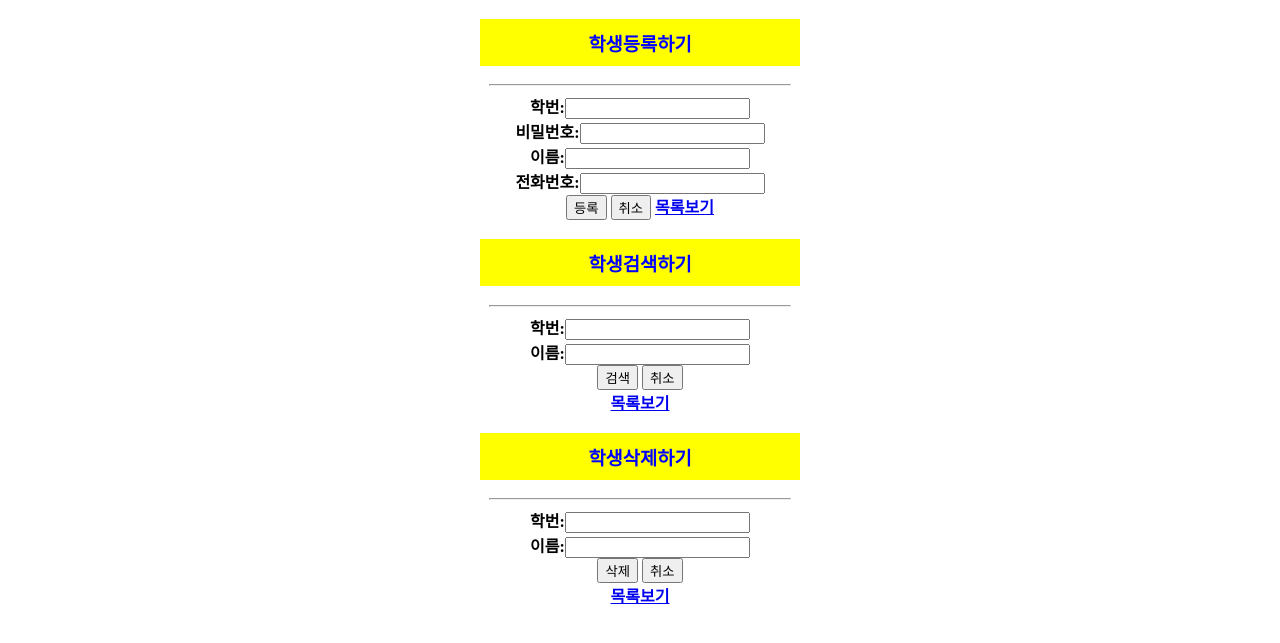
Repository: pypygeek/java_playground
Page: http://localhost/mvc/student_2.jsp
The author's editor kept a copy of each file at every save. The page is drawn from the files as they stood at one save, then again after the next save.
The browser window is 1280 px wide. The pictures show the whole page.
The page is served by Tomcat 9.

Above is the page before, as saved 2022-01-25 02:18:12.

After the next save:
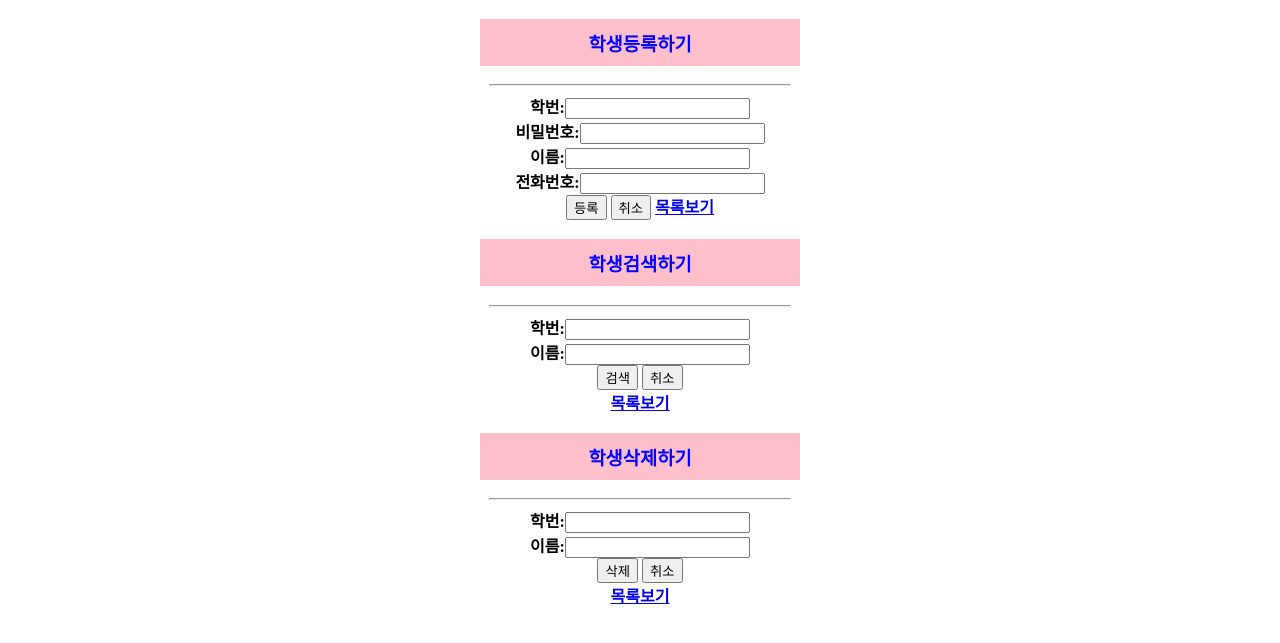
Saved 15 s later.
--- a/jsp-playground/bitbit/mvc/src/main/webapp/student_2.jsp
+++ b/jsp-playground/bitbit/mvc/src/main/webapp/student_2.jsp
@@ -3,7 +3,7 @@
 <!DOCTYPE html><html><head><meta charset="UTF-8">
 <title>student_1.jsp</title>
 <style>
- h3{background:yellow;color:blue; width:300px; padding:10px;}
+ h3{background:pink;color:blue; width:300px; padding:10px;}
 </style>
 </head>
 <body>
